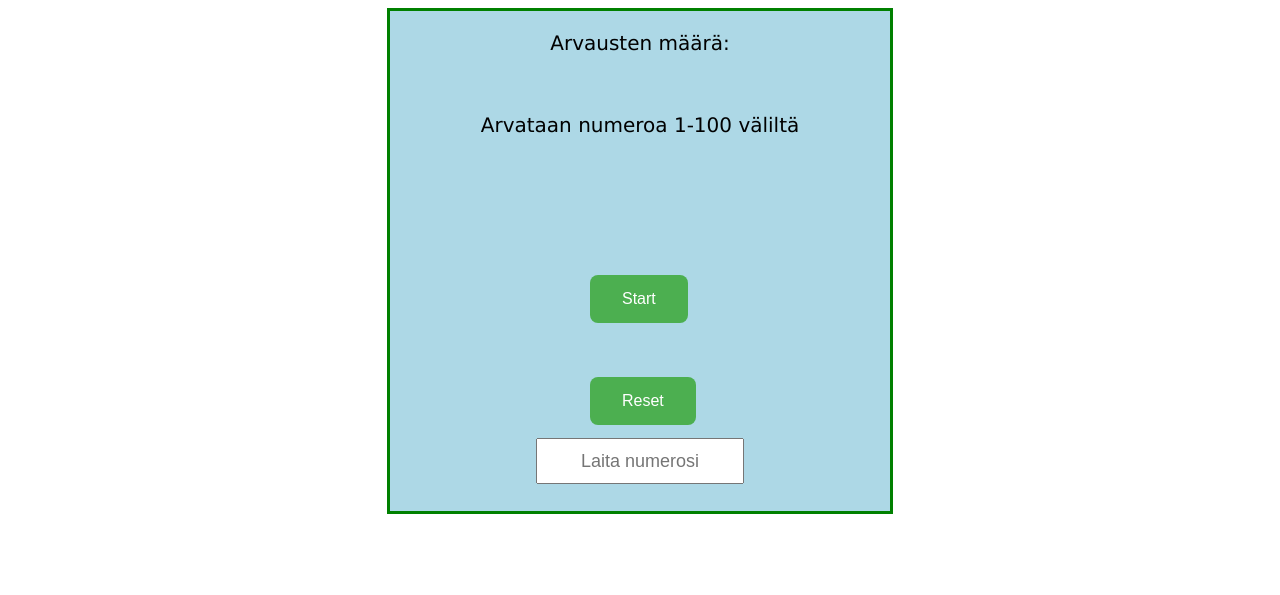
Repository: VadimZubchenko/numeronarvouspeli_JS
Page: public/index.html
An editor plug-in stored every save of this project. The page is shown before and after the next save, followed by the edit.
The browser window is 1280 px wide. The pictures show the whole page.

Above is the page before, as saved 2022-04-26 18:31:04.

### public/index.html
<!DOCTYPE html>
<html lang="en">
<head>
  <meta charset="UTF-8">
  <meta http-equiv="X-UA-Compatible" content="IE=edge">
  <meta name="viewport" content="width=device-width, initial-scale=1.0">
  <title>Numeroarvouspeli</title>
  <script src="script.js"></script>
  <link rel="stylesheet" href="mystyle.css">
</head>
<body>
  <div>
    <p id="maara" >Arvausten määrä: </p>
    <br>
    <p id="message" value="0"> Arvataan numeroa 1-100 väliltä </p>
    <br>
    <br>
    <br>
    <input type="text" id="numero" name="numero" onfocus="this.value='' "placeholder="Laita numerosi">
    <br>
    <br>
    <button id="startGame" onclick="startGame()">Start</button>
    <br>
    <br>
    <br>
    <br>
    <button id="resetGame" onclick="resetGame()">Reset</button>

  </div>
</body>
</html>

### public/script.js
let running = 0;
let firstStart = true;
let clientArvo = 0;
let lastMin = 0;
let lastMax = 101;
let kpl = 0;
let arvo = 0;

function arvoLask() {
  arvo = Math.floor(Math.random() * 100);
  console.log("Arvo :" + arvo);
}
if (firstStart) {
  arvoLask();
  firstStart = false;
}

function startGame() {
  let text = document.getElementById("message");
  text.style.color = "";
  document.body.style.backgroundColor = "";
  let clientArvo = document.getElementById("numero").value;
  //tarkistetaan syöty arvo onko numerollinen. jos on, sitten 'false'
  let checkNaN = isNaN(clientArvo);

  console.log("clientArvo: " + clientArvo);
  console.log("ei ole numero: " + checkNaN);

  if (lastMin < clientArvo && clientArvo < lastMax && !checkNaN) {
    if (clientArvo < arvo) {
      lastMin = clientArvo;
      document.getElementById("message").innerHTML =
        "Valitse luku suurempi kuin: " + clientArvo + ". <br>Yritä uudelleen!";
      kpl++;
    }
    if (clientArvo > arvo) {
      lastMax = clientArvo;
      document.getElementById("message").innerHTML =
        "Valitse luku pienempi kuin: " + clientArvo + ". <br>Yritä uudelleen!";
      kpl++;
    }
    if (clientArvo == arvo) {
      document.getElementById("message").innerHTML =
        "Arvosit oikein! " + arvo + ".";

      text.style.color = "red";
      document.body.style.backgroundColor = "yellow";
    }
  } else {
    document.getElementById("message").innerHTML =
      "Ups! Jotain meni pielen.<br><br> Syötä numerollinen arvo. <br> " +
      lastMin +
      " ja " +
      lastMax +
      " välillä";

    text.style.color = "red";
    document.body.style.backgroundColor = "pink";
  }
  document.getElementById("maara").innerHTML = "Arvausten määrä: " + kpl;
  console.log("min:" + lastMin);
  console.log("max: :" + lastMax);
}

function resetGame() {
  clientArvo = 0;
  lastMin = 0;
  lastMax = 101;
  kpl = 0;
  document.getElementById("numero").value = "";
  document.getElementById("maara").innerHTML = "Arvausten määrä: " + kpl;
  message = document.getElementById("message");
  document.getElementById("message").innerHTML = "Arva numero 1-100 väliltä";
  document.body.style.backgroundColor = "";
  message.style.color = "";
  arvoLask();
}

### public/mystyle.css



div{
  height: 500px;
  width: 500px;
  margin: auto;
  border: 3px solid green;
  background-color: lightblue;
}
input {
  height: 40px;
  width: 200px;
  color: black;
  text-align: center;
  font-size:large;

  position:relative;
  top: 50%;
  left: 50%;
  -ms-transform: translate(-50%, -50%);
  transform: translate(-50%, -50%);
}

button {

  left: 50%;
  background-color: #4CAF50; /* Green */
  border: none;
  color: white;
  padding: 15px 32px;
  text-align: center;
  text-decoration: none;
  display: inline-block;
  font-size: 16px;
  border-radius: 8px;
  margin-left: 40%;


}

p {
  font-family: verdana;
  font-size: 20px;
  color: black;
  text-align: center;
}

After the next save:
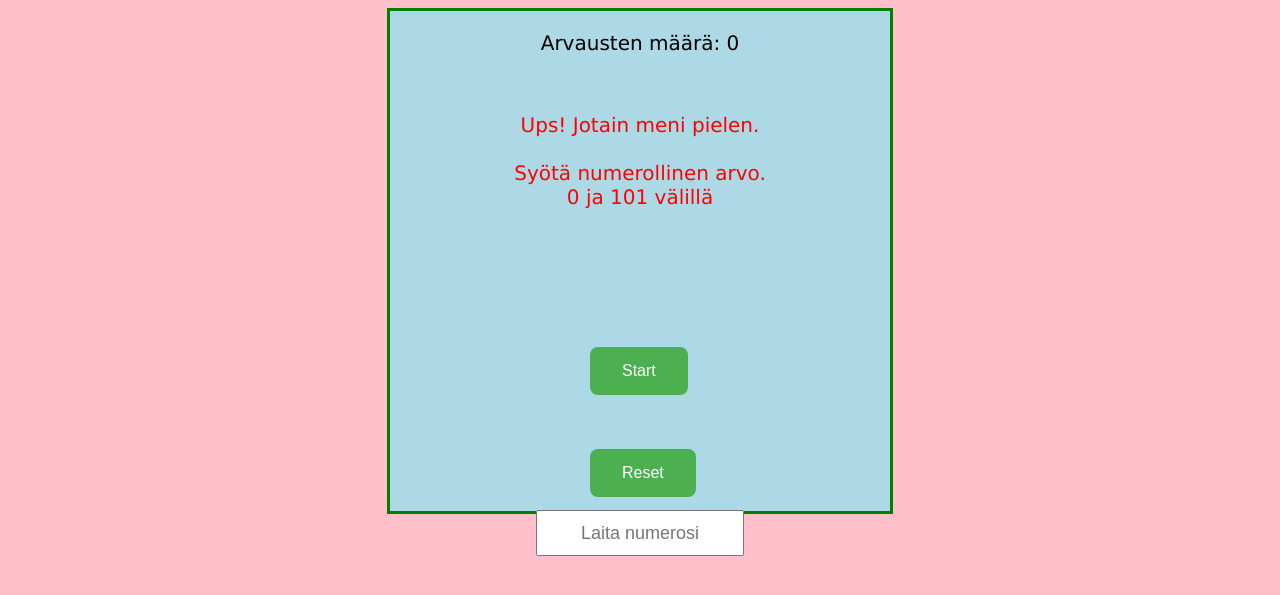
Saved 38 h 56 min later.
--- a/public/script.js
+++ b/public/script.js
@@ -5,6 +5,10 @@
 let lastMax = 101;
 let kpl = 0;
 let arvo = 0;
+
+window.onload = function () {
+  startGame();
+};
 
 function arvoLask() {
   arvo = Math.floor(Math.random() * 100);

After the save that followed:
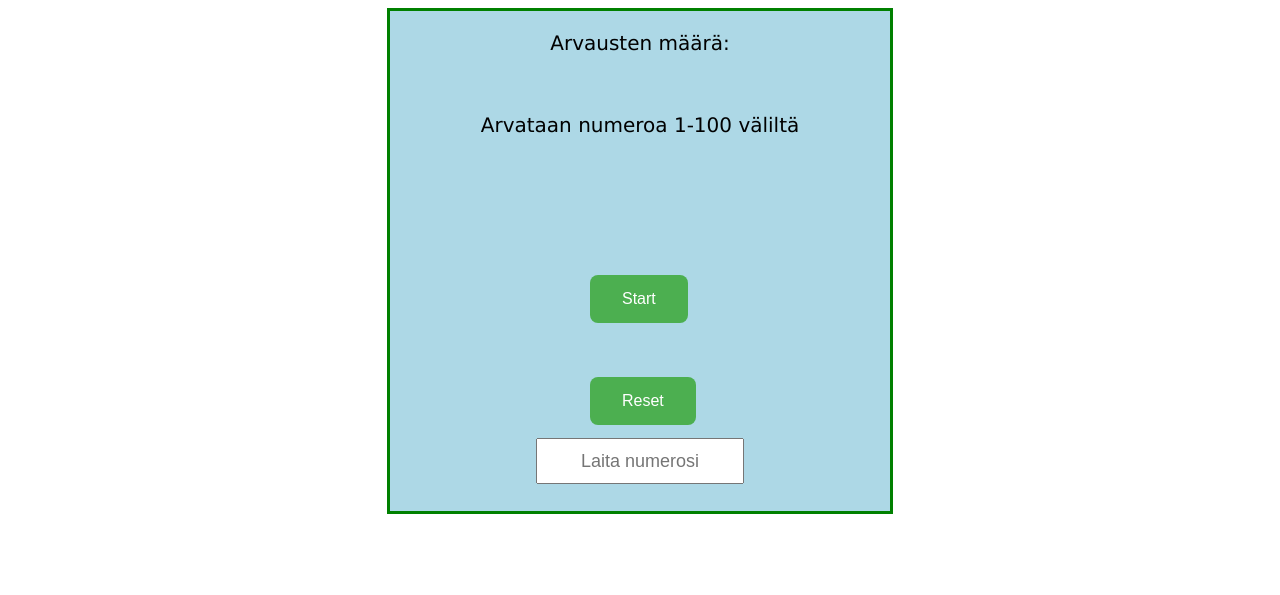
Saved 2 min 2 s later.
--- a/public/script.js
+++ b/public/script.js
@@ -5,10 +5,6 @@
 let lastMax = 101;
 let kpl = 0;
 let arvo = 0;
-
-window.onload = function () {
-  startGame();
-};
 
 function arvoLask() {
   arvo = Math.floor(Math.random() * 100);
